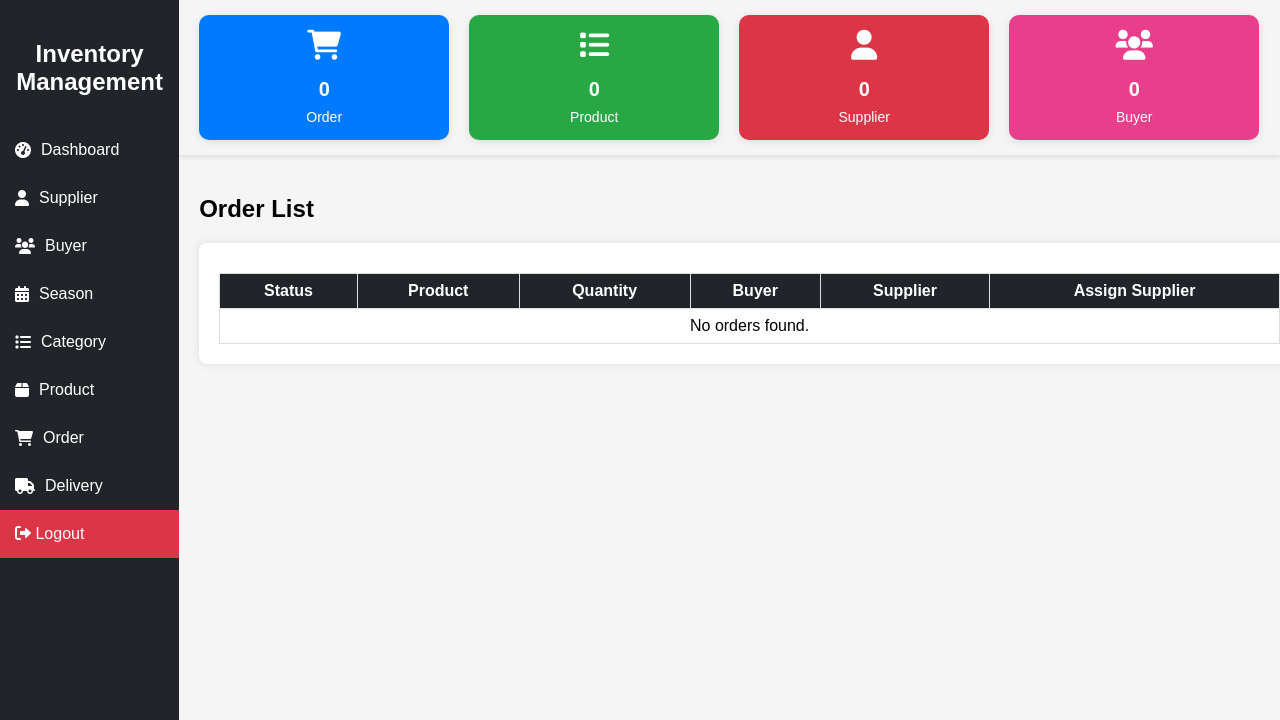
Repository: Fail2/Inventory_Management
Page: http://localhost/accounts/admin/orders/
The author's editor kept a copy of each file at every save. The page is drawn from the files as they stood at one save, then again after the next save.
The browser window is 1280 px wide. The pictures show the whole page.
The page is served by the project's application, run on Django 5.2 (inventory_management/manage.py). A made-up administrator, testuser (Test User, test@example.com), is signed in. Other server files are loaded and not shown. Queries for data that is not in the repository find no rows.

Above is the page before, as saved 2025-05-03 10:58:55.

### inventory_management/accounts/templates/accounts/admin_order_list.html
{% extends 'accounts/admin_base.html' %}
{% block title %}Admin Orders{% endblock %}

{% block content %}
<h2>Order List</h2>

<div class="orders-table">
    <table>
        <thead>
            <tr>
                <th>Status</th>
                <th>Product</th>
                <th>Quantity</th>
                <th>Buyer</th>
                <th>Supplier</th>
                <th>Assign Supplier</th>
            </tr>
        </thead>
        <tbody>
            {% for order in orders %}
            <tr>
                <td>{{ order.status }}</td>
                <td>{{ order.product.name }}</td>
                <td>{{ order.quantity }}</td>
                <td>{{ order.buyer.username }}</td>
                <td>
                    {% if order.supplier %}
                        {{ order.supplier.name }}
                    {% else %}
                        <span style="color: red;">Not Assigned</span>
                    {% endif %}
                </td>
                <td>
                    {% if not order.supplier %}
                    <form method="post" style="display: flex; gap: 5px;">
                        {% csrf_token %}
                        <input type="hidden" name="order_id" value="{{ order.id }}">
                        <select name="supplier_id" required>
                            <option value="">Select Supplier</option>
                            {% for supplier in suppliers %}
                                <option value="{{ supplier.id }}">{{ supplier.name }}</option>
                            {% endfor %}
                        </select>
                        <button type="submit">Assign</button>
                    </form>
                    {% else %}
                        <span style="color: green;">Assigned</span>
                    {% endif %}
                </td>
            </tr>
            {% empty %}
            <tr>
                <td colspan="6">No orders found.</td>
            </tr>
            {% endfor %}
        </tbody>
    </table>
</div>
{% endblock %}

### inventory_management/accounts/templates/accounts/admin_base.html
{% load static %}
<!DOCTYPE html>
<html lang="en">

<head>
    <meta charset="UTF-8">
    <title>{% block title %}Admin{% endblock %}</title>

    <link rel="icon" href="{% static 'favicon.ico' %}" type="image/x-icon">
    <link rel="stylesheet" href="https://cdnjs.cloudflare.com/ajax/libs/font-awesome/6.0.0/css/all.min.css">

    {% block extra_css %}{% endblock %}

    <style>
        body {
            margin: 0;
            font-family: 'Arial', sans-serif;
            background: #f5f5f5;
            height: 100vh;
            display: flex;
        }

        /* LEFT SIDEBAR */
        .sidebar {
            width: 14%;
            background: #212529;
            color: white;
            padding-top: 20px;
            display: flex;
            flex-direction: column;
        }

        .sidebar h2 {
            text-align: center;
            margin-bottom: 30px;
        }

        .sidebar a {
            display: flex;
            align-items: center;
            gap: 10px;
            color: white;
            padding: 15px;
            text-decoration: none;
            font-size: 16px;
        }

        .sidebar a:hover {
            background: #575757;
        }

        .logout-btn {
            width: 100%;
            border: none;
            background: #dc3545;
            color: white;
            padding: 15px;
            font-size: 16px;
            text-align: left;
            cursor: pointer;
            margin-top: auto;
        }

        /* RIGHT SECTION */
        .right-section {
            width: 86%;
            display: flex;
            flex-direction: column;
            height: 100%;
        }

        /* FIXED CARDS (AUTO HEIGHT) */
        .fixed-cards {
            padding: 15px 20px;
            background: #f5f5f5;
            box-shadow: 0 2px 5px rgba(0, 0, 0, 0.1);
            flex-shrink: 0;
            /* do not shrink */
        }

        .cards {
            display: flex;
            gap: 20px;
            flex-wrap: wrap;
        }

        .card {
            flex: 1;
            min-width: 180px;
            max-width: 220px;
            background: white;
            padding: 15px;
            border-radius: 10px;
            text-align: center;
            box-shadow: 0 2px 8px rgba(0, 0, 0, 0.1);
            color: white;
            transition: transform 0.3s ease;
        }

        .card:hover {
            transform: translateY(-5px);
        }

        .card i {
            font-size: 30px;
            margin-bottom: 10px;
        }

        .card h3 {
            margin: 8px 0;
            font-size: 20px;
        }

        .card p {
            margin: 0;
            font-size: 14px;
        }

        /* MAIN CONTENT (TAKES REST) */
        .main-content {
            flex-grow: 1;
            /* take remaining space */
            overflow-y: auto;
            padding: 20px;
            box-sizing: border-box;
        }

        .orders-table {
            background: white;
            width: 100%;
            border-radius: 8px;
            padding: 20px;
            box-shadow: 0 0 10px rgba(0, 0, 0, 0.1);
        }

        table {
            width: 100%;
            border-collapse: collapse;
            margin-top: 10px;
        }

        table,
        th,
        td {
            border: 1px solid #ddd;
        }

        th,
        td {
            padding: 8px;
            text-align: center;
        }

        th {
            background: #212529;
            color: white;
        }
    </style>
</head>

<body>
    <div class="sidebar">
        <h2>Inventory Management</h2>
        <a href="{% url 'admin_dashboard' %}"><i class="fas fa-tachometer-alt"></i> Dashboard</a>
        <a href="{% url 'user_list' 'supplier' %}"><i class="fas fa-user"></i> Supplier</a>
        <a href="{% url 'user_list' 'buyer' %}"><i class="fas fa-users"></i> Buyer</a>
        <a href="{% url 'grouped_product_list' 'season' %}"><i class="fas fa-calendar-alt"></i> Season</a>
        <a href="{% url 'grouped_product_list' 'category' %}"><i class="fas fa-list"></i> Category</a>
        <a href="{% url 'product_list' %}"><i class="fas fa-box"></i> Product</a>
        <a href="{% url 'admin_order_list' %}"><i class="fas fa-shopping-cart"></i> Order</a>
        <a href="#"><i class="fas fa-truck"></i> Delivery</a>
        <form method="post" action="{% url 'logout' %}">
            {% csrf_token %}
            <button type="submit" class="logout-btn"><i class="fas fa-sign-out-alt"></i> Logout</button>
        </form>
    </div>

    <div class="right-section">
        <div class="fixed-cards">
            <div class="cards">
                <div class="card" style="background: #007bff;">
                    <i class="fas fa-shopping-cart fa-2x"></i>
                    <h3>0</h3>
                    <p>Order</p>
                </div>
                <div class="card" style="background: #28a745;">
                    <i class="fas fa-list fa-2x"></i>
                    <h3>0</h3>
                    <p>Product</p>
                </div>
                <div class="card" style="background: #dc3545;">
                    <i class="fas fa-user fa-2x"></i>
                    <h3>0</h3>
                    <p>Supplier</p>
                </div>
                <div class="card" style="background: #e83e8c;">
                    <i class="fas fa-users fa-2x"></i>
                    <h3>0</h3>
                    <p>Buyer</p>
                </div>
            </div>
        </div>

        <div class="main-content">
            {% block content %}
            {% endblock %}
        </div>
    </div>

    {% block scripts %}
    {% endblock %}
</body>

</html>

### inventory_management/accounts/middleware/auth_middleware.py
from django.shortcuts import redirect

class BuyerSupplierLoginRequiredMiddleware:
    """
    Middleware to protect buyer and supplier pages.
    If user is not logged in, they will be redirected to login page.
    """

    def __init__(self, get_response):
        self.get_response = get_response

    def __call__(self, request):
        # Paths that need protection
        protected_paths = [
            '/buyer/',         # All buyer pages
            '/supplier/',      # All supplier pages
        ]

        # Check if the request path starts with any protected path
        if any(request.path.startswith(path) for path in protected_paths):
            if not request.session.get('user_type'):
                # If user_type not found in session, redirect to login
                return redirect('login')  # URL name of your login page

        response = self.get_response(request)
        return response

### inventory_management/accounts/models.py
from django.db import models
from django.contrib.auth.models import AbstractUser
from django.core.validators import MinValueValidator
import os
import uuid
from django.utils.deconstruct import deconstructible

# Custom User Model for Buyer and Seller types
class CustomUser(AbstractUser):
    USER_TYPE_CHOICES = (
        ('buyer', 'Buyer'),
        ('supplier', 'Supplier'),
    )
    user_type = models.CharField(max_length=10, choices=USER_TYPE_CHOICES)

    def is_admin(self):
        return self.is_superuser  # Check if the user is an admin

class Buyer(models.Model):
    full_name=models.CharField(max_length=100)
    address = models.TextField()
    email = models.EmailField(unique=True)
    username = models.CharField(max_length=100,unique=True)
    password =models.CharField(max_length=128) #store hashed password
    last_login = models.DateTimeField(null=True, blank=True)
    date_joined = models.DateTimeField(auto_now_add=True)


    def __str__(self):
        return self.full_name

class Supplier(models.Model):
    full_name=models.CharField(max_length=100)
    address = models.TextField()
    email = models.EmailField(unique=True)
    username = models.CharField(max_length=100,unique=True)
    password =models.CharField(max_length=128) #store hashed password
    last_login = models.DateTimeField(null=True, blank=True)
    date_joined = models.DateTimeField(auto_now_add=True)


    def __str__(self):
        return self.full_name

class Season(models.Model):
    name = models.CharField(max_length=100)

    def __str__(self):
        return self.name

class Category(models.Model):
    name = models.CharField(max_length=100)

    def __str__(self):
        return self.name

#for creating unique file name for image so that no override occurs
@deconstructible
class UniqueFileName:
    def __init__(self, subdir):
        self.subdir = subdir

    def __call__(self, instance, filename):
        ext = filename.split('.')[-1]
        unique_filename = f"{uuid.uuid4().hex}.{ext}"
        return os.path.join(self.subdir, unique_filename)

class Product(models.Model):
    name = models.CharField(max_length=255)
    category = models.ForeignKey(Category, on_delete=models.SET_NULL,null=True, blank=True)
    season = models.ForeignKey(Season, on_delete=models.SET_NULL, null=True, blank=True)
    price = models.DecimalField(max_digits=10, decimal_places=2,validators=[MinValueValidator(0.01)])
    quantity = models.PositiveIntegerField()
    picture = models.ImageField(upload_to=UniqueFileName('product_images/'), null=True, blank=True)
    supplier = models.ForeignKey(Supplier, on_delete=models.SET_NULL, null=True, blank=True)  # Now optional

    def __str__(self):
        return self.name
    def save(self, *args, **kwargs):
        try:
            this = Product.objects.get(id=self.id)
            if this.picture and self.picture != this.picture:
                if os.path.isfile(this.picture.path):
                    os.remove(this.picture.path)
        except Product.DoesNotExist:
            pass  # This is a new product, no need to delete anything

        super().save(*args, **kwargs)

    def delete(self, *args, **kwargs):
        if self.picture and os.path.isfile(self.picture.path):
            os.remove(self.picture.path)
        super().delete(*args, **kwargs)


class Order(models.Model):
    STATUS_CHOICES = [
        ('pending', 'Pending'),
        ('approved', 'Approved'),
        ('shipped', 'Shipped'),
        ('completed', 'Completed'),
    ]
    buyer = models.ForeignKey(Buyer, on_delete=models.CASCADE)
    product = models.ForeignKey(Product, on_delete=models.CASCADE)
    supplier = models.ForeignKey(Supplier, on_delete=models.SET_NULL, null=True, blank=True)
    quantity = models.PositiveIntegerField()
    total_amount = models.DecimalField(max_digits=10, decimal_places=2, blank=True, null=True)
    delivery_address = models.TextField()  # <- NEW FIELD for where to send
    status = models.CharField(max_length=20, choices=STATUS_CHOICES, default='pending')
    order_date = models.DateTimeField(auto_now_add=True)

    def __str__(self):
        return f"Order #{self.id} - {self.product.name} by {self.buyer.full_name}"

    def save(self, *args, **kwargs):
        if self.product and self.quantity:
            self.total_amount = self.product.price * self.quantity
        super().save(*args, **kwargs)

class Delivery(models.Model):
    order = models.OneToOneField(Order, on_delete=models.CASCADE)
    delivery_date = models.DateField()
    status = models.CharField(max_length=50)

    def __str__(self):
        return f"Delivery for {self.order}"

### inventory_management/inventory_management/urls.py
"""
URL configuration for inventory_management project.

The `urlpatterns` list routes URLs to views. For more information please see:
    https://docs.djangoproject.com/en/5.2/topics/http/urls/
Examples:
Function views
    1. Add an import:  from my_app import views
    2. Add a URL to urlpatterns:  path('', views.home, name='home')
Class-based views
    1. Add an import:  from other_app.views import Home
    2. Add a URL to urlpatterns:  path('', Home.as_view(), name='home')
Including another URLconf
    1. Import the include() function: from django.urls import include, path
    2. Add a URL to urlpatterns:  path('blog/', include('blog.urls'))
"""
from django.contrib import admin
from django.conf import settings
from django.conf.urls.static import static
from django.urls import path,include

urlpatterns = [
    path('admin/', admin.site.urls),
    path('accounts/',include('accounts.urls')),
]
# This serves media files in development (make sure to only use this in development)
if settings.DEBUG:
    urlpatterns += static(settings.MEDIA_URL, document_root=settings.MEDIA_ROOT)

### inventory_management/accounts/urls.py

from django.conf import settings
from django.conf.urls.static import static
from django.urls import path
from . import views

urlpatterns = [
    # Admin-related paths
    path('admin-login/', views.admin_login_view, name='admin-login'),
    path('admin-dashboard/', views.admin_dashboard, name='admin_dashboard'),
    path('<str:user_type>/list/', views.user_list, name='user_list'),
    path('<str:user_type>/add/', views.add_user, name='add_user'),
    path('<str:user_type>/edit/<int:user_id>/', views.edit_user, name='edit_user'),
    path('<str:user_type>/delete/<int:user_id>/', views.delete_user, name='delete_user'),
    path('products/', views.product_list, name='product_list'),
    path('add/', views.add_product, name='add_product'),  # add_product view coming next
    path('products/<int:product_id>/edit/', views.edit_product, name='edit_product'),
    path('products/<int:product_id>/delete/', views.delete_product, name='delete_product'),
    path('products/by/<str:group_by>/', views.grouped_product_list, name='grouped_product_list'),
    path('add/<str:group_by>/', views.add_group, name='add_group'),
    path('admin/orders/', views.admin_order_list, name='admin_order_list'),


    # Buyer/Seller login
    path('login/', views.login_view, name='login'),
    path('logout/', views.logout_view, name='logout'),


    # Buyer-specific paths
    path('buyer/login/', views.login_view, name='login_view'),
    path('buyer/home/', views.buyer_home, name='buyer_home'),
    path('buyer/orders/', views.buyer_orders, name='buyer_orders'),
    path('buyer/place_order/<int:product_id>/', views.place_order, name='place_order'),
    path('<str:user_type>/product/<int:product_id>/', views.buyer_product_detail, name='buyer_product_detail'),


    #Supplier

]

Loaded but not shown: inventory_management/accounts/templatetags/custom_tags.py (common file); inventory_management/accounts/views.py (500 lines, source omitted)

After the next save:
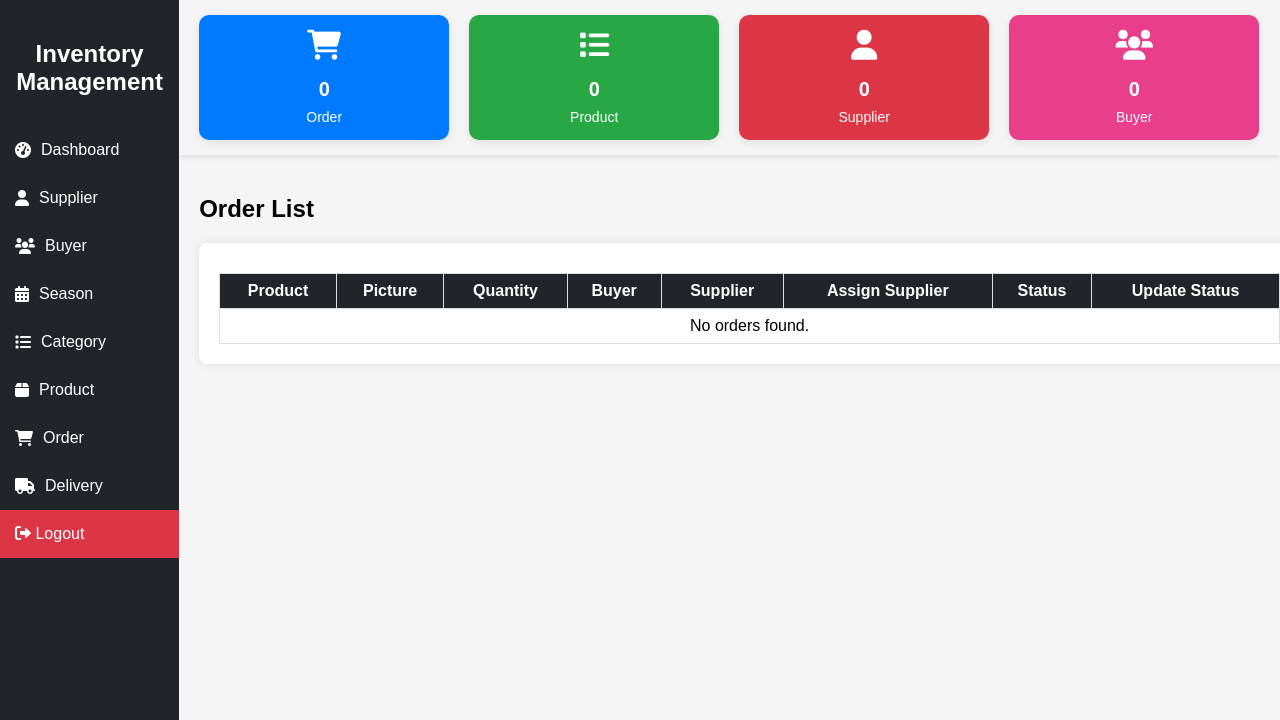
Saved 6 min 23 s later.
--- a/inventory_management/accounts/templates/accounts/admin_order_list.html
+++ b/inventory_management/accounts/templates/accounts/admin_order_list.html
@@ -8,19 +8,25 @@
     <table>
         <thead>
             <tr>
-                <th>Status</th>
                 <th>Product</th>
+                <th>Picture</th>
                 <th>Quantity</th>
                 <th>Buyer</th>
                 <th>Supplier</th>
                 <th>Assign Supplier</th>
+                <th>Status</th>
+                <th>Update Status</th>
             </tr>
         </thead>
         <tbody>
             {% for order in orders %}
             <tr>
-                <td>{{ order.status }}</td>
                 <td>{{ order.product.name }}</td>
+                <td>
+                    <img src="{{ order.product.picture.url|default:'/media/product_images/default-image.jpg' }}"
+                         alt="{{ order.product.name }}"
+                         style="width: 80px; height: auto; border-radius: 4px;">
+                </td>
                 <td>{{ order.quantity }}</td>
                 <td>{{ order.buyer.username }}</td>
                 <td>
@@ -34,6 +40,7 @@
                     {% if not order.supplier %}
                     <form method="post" style="display: flex; gap: 5px;">
                         {% csrf_token %}
+                        <input type="hidden" name="action" value="assign_supplier">
                         <input type="hidden" name="order_id" value="{{ order.id }}">
                         <select name="supplier_id" required>
                             <option value="">Select Supplier</option>
@@ -47,10 +54,24 @@
                         <span style="color: green;">Assigned</span>
                     {% endif %}
                 </td>
+                <td>{{ order.status }}</td>
+                <td>
+                    <form method="post" style="display: flex; gap: 5px;">
+                        {% csrf_token %}
+                        <input type="hidden" name="action" value="update_status">
+                        <input type="hidden" name="order_id" value="{{ order.id }}">
+                        <select name="status" required>
+                            <option value="pending" {% if order.status == 'pending' %}selected{% endif %}>Pending</option>
+                            <option value="processing" {% if order.status == 'processing' %}selected{% endif %}>Processing</option>
+                            <option value="completed" {% if order.status == 'completed' %}selected{% endif %}>Completed</option>
+                        </select>
+                        <button type="submit">Update</button>
+                    </form>
+                </td>
             </tr>
             {% empty %}
             <tr>
-                <td colspan="6">No orders found.</td>
+                <td colspan="8">No orders found.</td>
             </tr>
             {% endfor %}
         </tbody>
